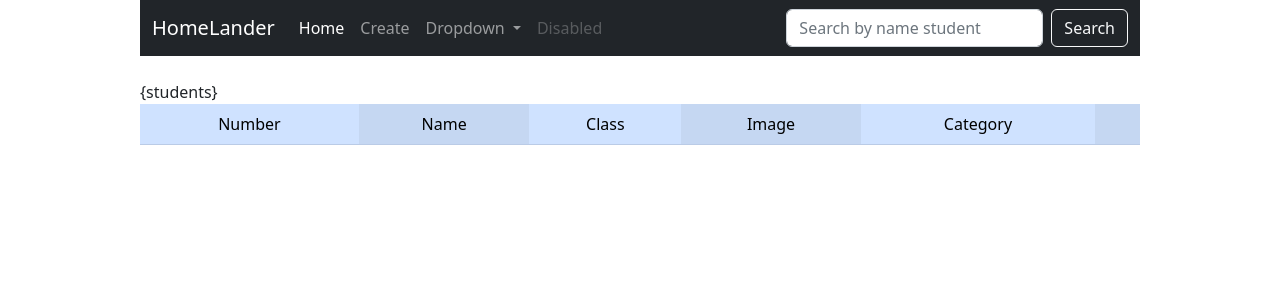
Repository: nguyenhung50497/MD3_thiThucHanh
Page: src/views/home.html
These files come from the project's save history. The page is drawn as it stood at one moment and after a run of saves; the edit follows.
The browser window is 1280 px wide. The pictures show the whole page.

Above is the page before, as saved 2023-01-05 09:06:28.

After the next 3 saves:
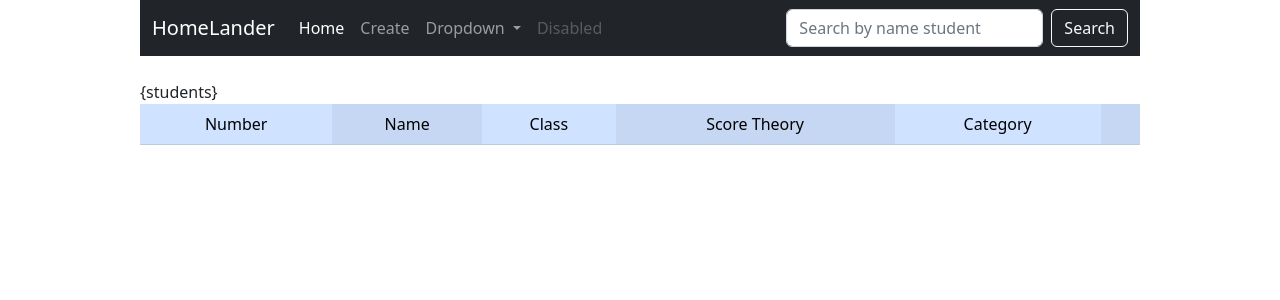
The 3 saves are shown as one change because they came seconds apart.
The last was saved 36 s later.
--- a/src/views/home.html
+++ b/src/views/home.html
@@ -50,7 +50,7 @@
             <td>Number</td>
             <td>Name</td>
             <td>Class</td>
-            <td>Image</td>
+            <td>Score Theory</td>
             <td>Category</td>
             <td colspan="4"></td>
         </tr>
